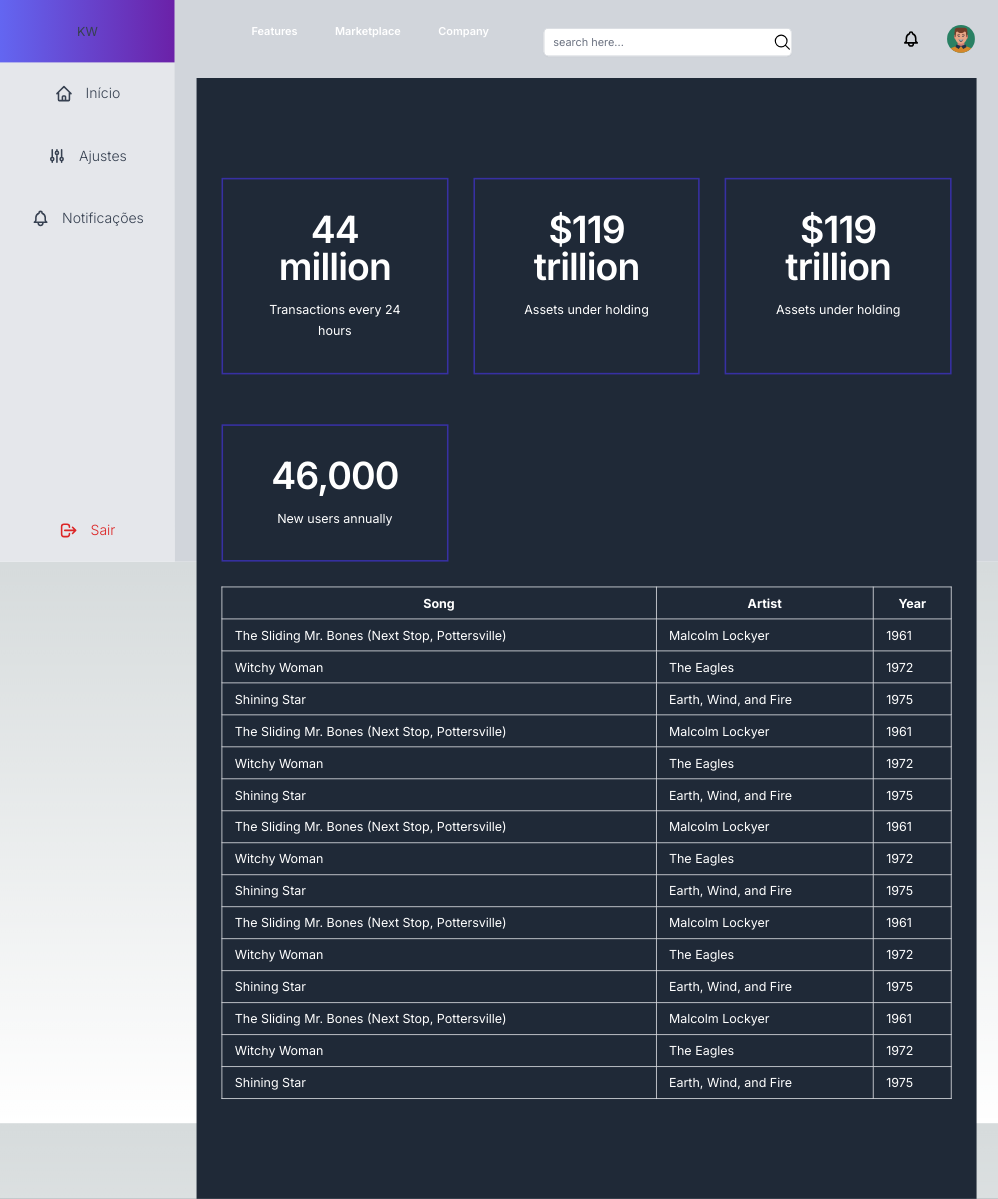
Repository: KennedyWanderson/AdminDashboard
Page: / (app in Code/admindashboard/)
These files come from the project's save history. The page is drawn as it stood at one moment and after the next save; the edit follows.
The browser window is 1280 px wide. The pictures show the whole page, at 78% of full size.
The project was rebuilt for these pictures with package versions that can differ from the ones it lists, and the page was loaded fresh each time. The framework's server and built-in components were replaced by stand-ins that run in the browser. Also part of the build but not shown: Code/admindashboard/next.config.mjs.

Above is the page before, as saved 2024-06-23 16:16:02.

After the next save:
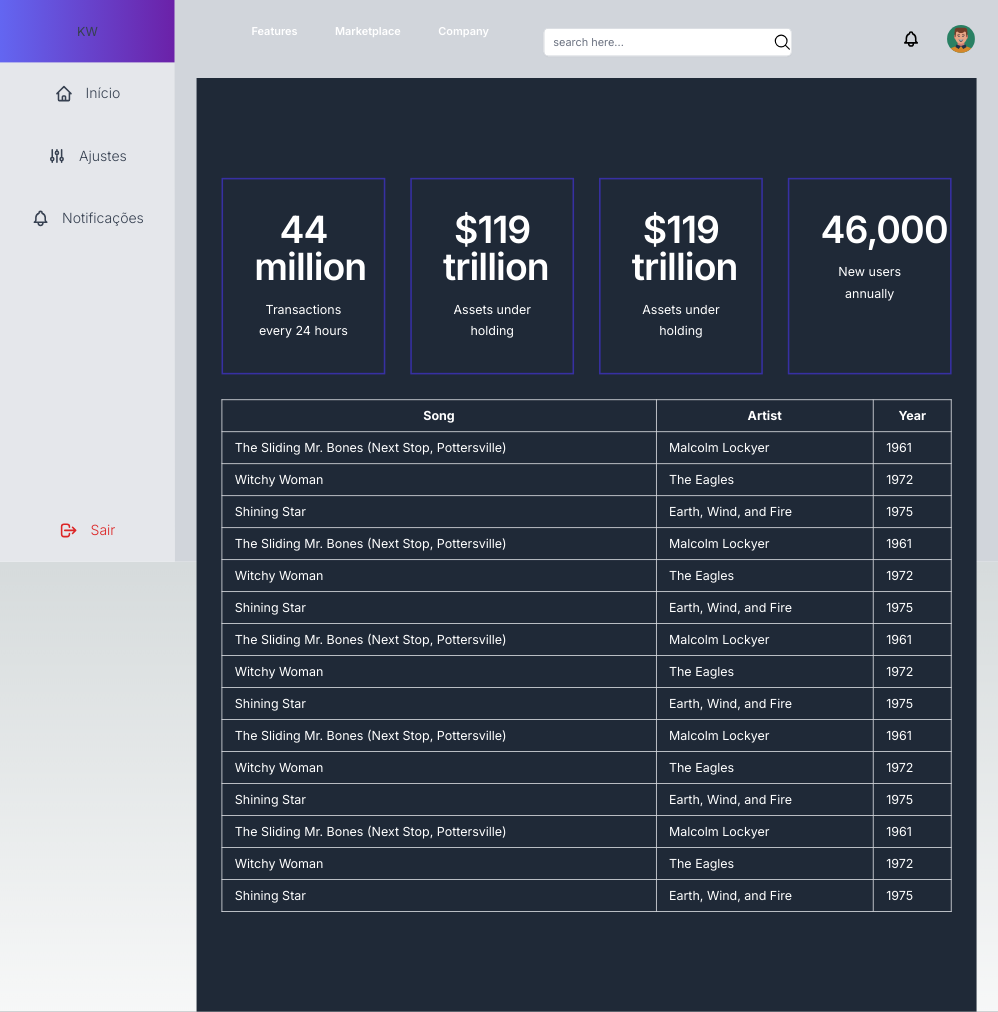
Saved 12 s later.
--- a/Code/admindashboard/src/components/Home.jsx
+++ b/Code/admindashboard/src/components/Home.jsx
@@ -2,7 +2,7 @@ export default function HomePage() {
     return (
         <div className="py-24 sm:py-32 bg-gray-800">
             <div className="mx-auto max-w-7xl px-6 lg:px-8">
-                <dl className="grid grid-cols-1 gap-x-8 gap-y-16 text-center lg:grid-cols-3">
+                <dl className="grid grid-cols-1 gap-x-8 gap-y-16 text-center lg:grid-cols-4">
                     <div className="mx-auto flex max-w-xs flex-col w-full border-2 p-10 border-indigo-800 gap-y-4">
                         <dt className="text-base leading-7 text-white">Transactions every 24 hours</dt>
                         <dd className="order-first text-3xl font-semibold tracking-tight text-white sm:text-5xl">44 million</dd>
